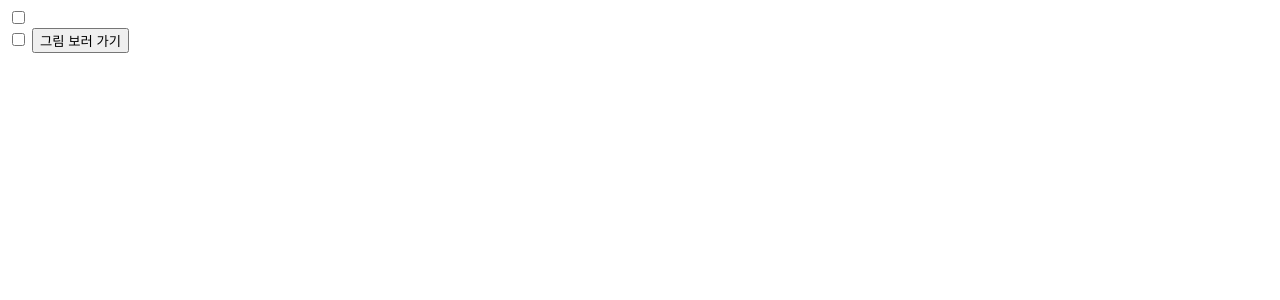
Repository: gowjd4419/jsp
Page: http://localhost/JSPBasic/jspobject/request/req_photo.jsp
These files come from the project's save history. The page is drawn as it stood at one moment and after the next save; the edit follows.
The browser window is 1280 px wide. The pictures show the whole page.
The page is served by Tomcat 9.

Above is the page before, as saved 2022-03-25 12:01:31.

### JSPBasic/src/main/webapp/jspobject/request/req_photo.jsp
<%@ page language="java" contentType="text/html; charset=UTF-8"
    pageEncoding="UTF-8"%>
<!DOCTYPE html>
<html>
<head>
<meta charset="UTF-8">
<title>Insert title here</title>
</head>
<body>
    <%--아래에 폼을 만들기
    목적지는 req_photo_result.jsp
    테이블을 이용해 사진 제목, 체크박스를 만들고
    아래에 제출 버튼은 "그림 보러 가기" 로 적고
    해당 버튼을 눌렀을때 req_photo_result에 어떤 그림을 선택했는지
    체크박스로 구분하고 구분한 그림에 맞는 사진이 결과페이지에 나오도록
    if~else문을 구성해보기
    그림파일은 <img src="파일명(01.pang나 02.pang)">을 이용해 출력가능
    --%>
    <!-- 1. 1번 그림을 선택했는지 2번 그림을 선택했는지 확인만 할 수 있도록 체크박스를 만들고 결과페이지에 나오게한다.
         2. if~else문을 이용해서 1번을 골랐다면 1번 그림을 골랐습니다. 2번을 골랐다면 2번 그림을 골랐습니다 라고 나오게 한다.
         3. img태그를 이용해 글 대신 그림이 나오게 처리한다. -->
    <form action=http://localhost:8181/JSPBasic/jspobject/request/req_photo_result.jsp >
    <input type = "checkbox" name="box1" value="box1"><br>
    <input type = "checkbox" name="box2" value="box2">
    <input type="submit" value="그림 보러 가기">
    </form>
</body>
</html>

After the next save:
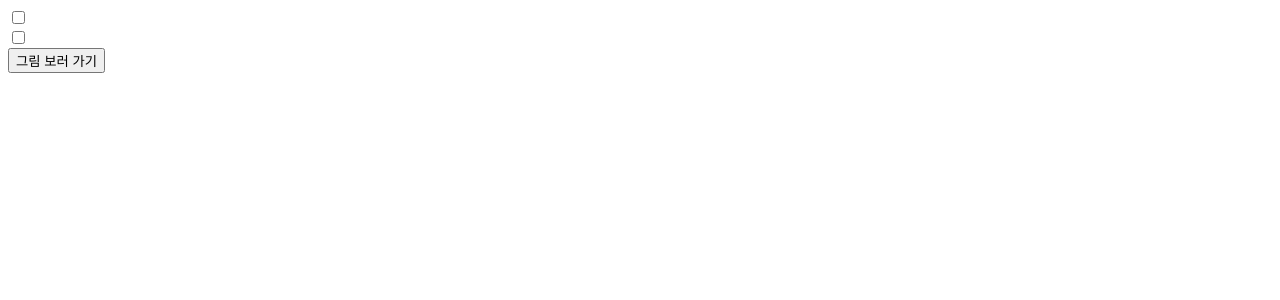
Saved 5 s later.
--- a/JSPBasic/src/main/webapp/jspobject/request/req_photo.jsp
+++ b/JSPBasic/src/main/webapp/jspobject/request/req_photo.jsp
@@ -21,8 +21,8 @@
          3. img태그를 이용해 글 대신 그림이 나오게 처리한다. -->
     <form action=http://localhost:8181/JSPBasic/jspobject/request/req_photo_result.jsp >
     <input type = "checkbox" name="box1" value="box1"><br>
-    <input type = "checkbox" name="box2" value="box2">
-    <input type="submit" value="그림 보러 가기">
+    <input type = "checkbox" name="box2" value="box2"><br>
+    <input type="submit" value="그림 보러 가기"><br>
     </form>
 </body>
 </html>
